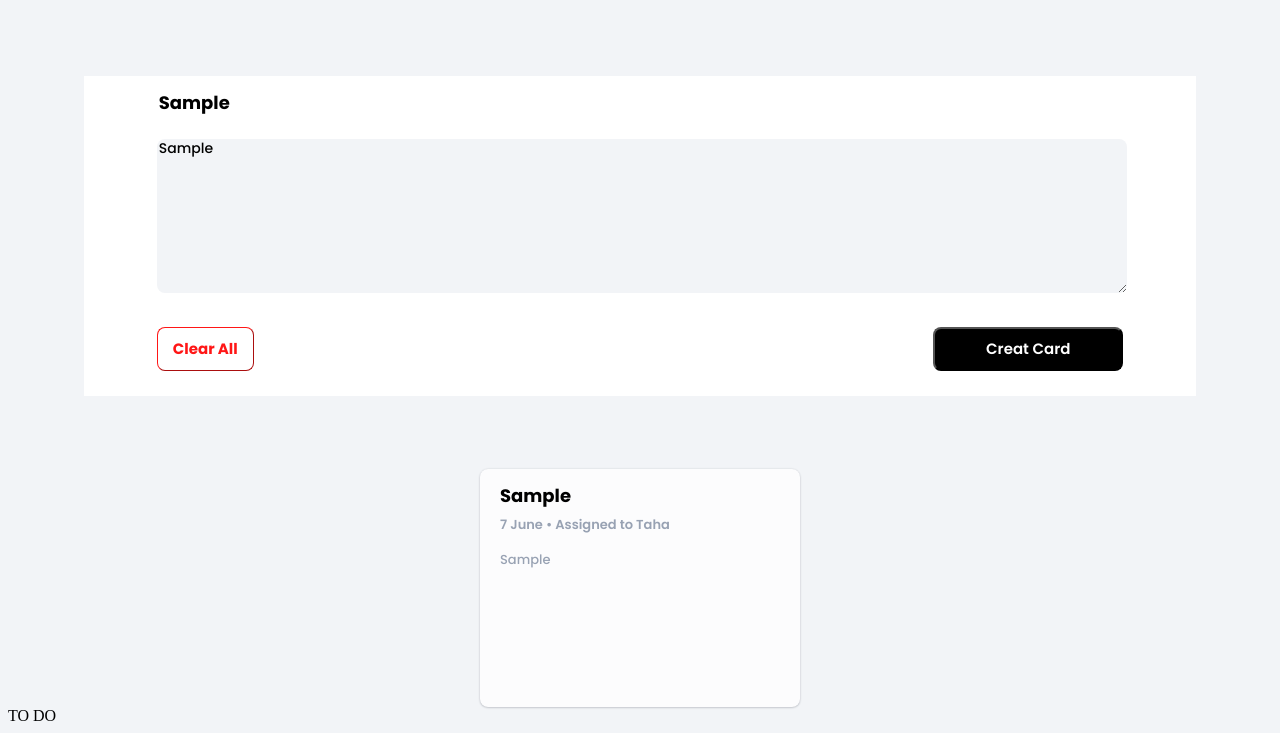
Repository: ReyhanehRahmani/TO-DO
Page: index.html
These files come from the project's save history. The page is drawn as it stood at one moment and after the next save; the edit follows.
The browser window is 1280 px wide. The pictures show the whole page.
Empty fields were first filled with sample values (such as "Sample", 5 or name@example.com).
After loading, the first visible `#creatbut` was clicked once.
Some web fonts or font styles are not loaded; a fallback is used.

Above is the page before, as saved 2025-06-08 12:07:17.

### index.html
<!DOCTYPE html>

<html lang="en">

    <head>

        <meta name="viewport" content="width=device-width, initial-scale=1.0" />

        <title>TO-DO</title>

        <link rel="icon" type="image/jpg" href="favicon.png">

        <link rel="stylesheet" href="style.css">

        <link rel="preconnect" href="https://fonts.googleapis.com">

        <link rel="preconnect" href="https://fonts.gstatic.com" crossorigin>

        <link href="https://fonts.googleapis.com/css2?family=Poppins:ital,wght@0,100;0,200;0,300;0,400;0,500;0,600;0,700;0,800;0,900;1,100;1,200;1,300;1,400;1,500;1,600;1,700;1,800;1,900&family=Sofia+Sans:ital,wght@0,1..1000;1,1..1000&display=swap" rel="stylesheet">

    </head>
    <body>
        <div id="main-card">
            <div id="content">
                <div >
                <div id="title">
                    <input type="text" id="titlebox" minlength="3" maxlength="30" placeholder="Title">
                </div>
                <div id="description">
                    <textarea type="text" id="descriptionbox" maxlength="200" placeholder="Description"></textarea>
                </div>
                </div>

                <div id="buttons">
                    <div id="clear"><button id="clearbut">Clear All</button></div>
                    <div id="creat"><button id="creatbut">Creat Card</button></div>
                </div>
            </div>
        </div>
        <div id="cardsContainer"></div>
        <script src="script.js"></script>
    </body>

### style.css
body{
    background-color: #F2F4F7;
}



#main-card{
    margin-left: 6%;
    margin-right: 6%;
    margin-top: 6%;
    background-color: #FFFFFF;
}

#content{
    margin-right: 6.557377049%;
    margin-left: 6.557377049%;
    margin-top: 6.557377049%;
    margin-bottom: 6.557377049%;
}

#titlebox{
    font-family: 'Poppins';
    font-weight: 700;
    font-size: 18px;
    line-height: 150%;
    letter-spacing: -2%;
    border: none;
    width: 100%;
    height: 51px;
}

#descriptionbox{
    border: none;
    width: 100%;
    font-family: 'Poppins';
    font-weight: 500;
    font-size: 14px;
    line-height: 100%;
    letter-spacing: -3%;
    height: 150px;
    border-radius: 8px;
    background: #F2F4F7;

    margin-top: 10px;

}

#content{
    display: flex;
    flex-direction: column;
    justify-content: space-between;
    gap: 30px;
}

#buttons{
    display: flex;
    justify-content: space-between;
    gap: 12px;
    margin-bottom: 25px;
}

#clear{
    text-align: center;
    justify-content: center;
}

#clearbut{
    height: 44px;
    border-radius: 8px;
    border-width: 1.4px;
    border-color: #FF1616;
    background-color: #FFFFFF;
    font-family: 'Poppins';
    font-weight: 700;
    font-size: 15px;
    line-height: 100%;
    letter-spacing: -3%;
    color: #FF1616;
    white-space: nowrap;
    width: 97px;

}

#creat{
    text-align: center;
    justify-content: center;
}

#creatbut{
    height: 44px;
    border-radius: 8px;
    background: #000000;
    font-family: 'Poppins';
    font-weight: 600;
    font-size: 15px;
    line-height: 100%;
    letter-spacing: -3%;
    color: #FFFFFF;
    width: 190px;

}

.cardsContainer{
    justify-content: center;
}


.card {
    width: 320px;
    height: 238px;
    border-radius: 8px;
    background: #FCFCFD;
    box-shadow: 0px 0.5px 2px 0px #1018284D;
    justify-self: center;
    position: relative;
}


.cardTitle{
    font-family: 'Poppins';
    font-weight: 700;
    font-size: 18px;
    line-height: 150%;
    letter-spacing: -2%;
    margin-left: 6.25%;
    padding-top: 4.1%;


}

.cardDate{
    font-family: 'Poppins';
    font-weight: 600;
    font-size: 13px;
    line-height: 150%;
    letter-spacing: -2%;
    margin-left: 6.25%;
    color: #98A2B3;
    margin-top: 6px;

}

.cardDesc{
    font-family: 'Poppins';
    font-weight: 500;
    font-size: 13px;
    line-height: 150%;
    letter-spacing: -2%;
    color: #98A2B3;
    margin-left: 6.25%;
    margin-top: 16px;
}

.todoHeader1{
    font-family: 'Poppins';
    font-weight: 800;
    font-size: 32px;
    line-height: 100%;
    letter-spacing: -0.75%;
    color: #000000;

}

### script.js
document.getElementById("creatbut").onclick = function () {

    const title = document.getElementById("titlebox").value.trim();
    const desc = document.getElementById("descriptionbox").value.trim();

    const card = document.createElement("div");
    card.classList.add("card");

    const cardItems =document.createElement("div");
    card.classList.add("cardItem");

    card.appendChild(cardItems);

    const titleElem = document.createElement("div");
    titleElem.classList.add("cardTitle");
    titleElem.textContent = title;

    const dateElem = document.createElement("div");
    dateElem.classList.add("cardDate");

    const now = new Date();
    const day = now.getDate();
    const monthNames = ["January", "February", "March", "April", "May", "June","July", "August", "September", "October", "November", "December"];

    const month = monthNames[now.getMonth()];

    const formattedDate = day + " " + month;

    dateElem.textContent = formattedDate + " • " + " Assigned to Taha ";

    const descElem = document.createElement("div");
    descElem.classList.add("cardDesc");
    descElem.textContent = desc;

    cardItems.appendChild(titleElem);
    cardItems.appendChild(dateElem);
    cardItems.appendChild(descElem);

    document.getElementById("cardsContainer").appendChild(card);

    const container = document.getElementById("cardsContainer");

    if (!document.getElementById("todoTitle")) {
        const todo = document.createElement("div");
        todo.id = "todoTitle";
        todo.textContent = "TO DO";
        todo.classList.add("todoHeader");
        container.appendChild(todo);}


    document.getElementById("clearbut").addEventListener("click", function () {
    document.getElementById("titlebox").value = "";
    document.getElementById("descriptionbox").value = "";});


};

After the next save:
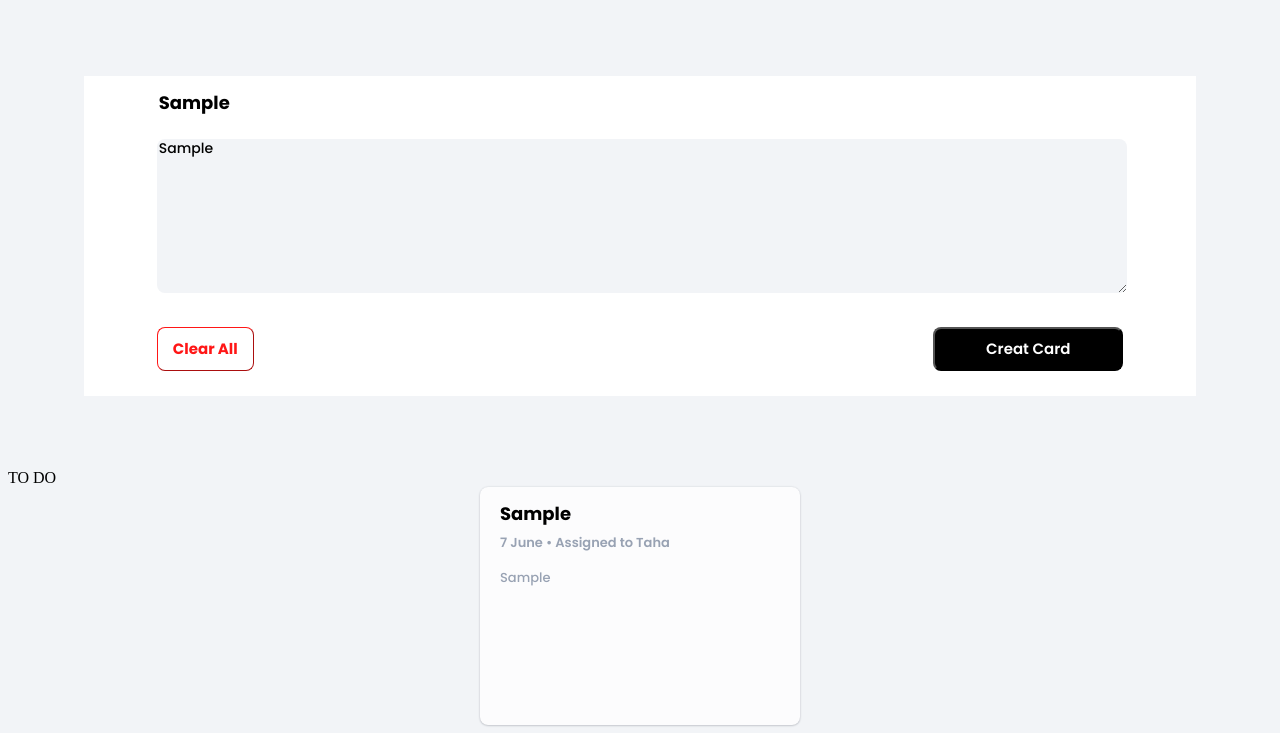
Saved 61 s later.
--- a/script.js
+++ b/script.js
@@ -41,11 +41,13 @@ document.getElementById("creatbut").onclick = function () {
     const container = document.getElementById("cardsContainer");
 
     if (!document.getElementById("todoTitle")) {
-        const todo = document.createElement("div");
-        todo.id = "todoTitle";
-        todo.textContent = "TO DO";
-        todo.classList.add("todoHeader");
-        container.appendChild(todo);}
+    const todo = document.createElement("div");
+    todo.id = "todoTitle";
+    todo.textContent = "TO DO";
+    todo.classList.add("todoHeader");
+
+    container.insertBefore(todo, container.firstChild);}
+
 
 
     document.getElementById("clearbut").addEventListener("click", function () {
